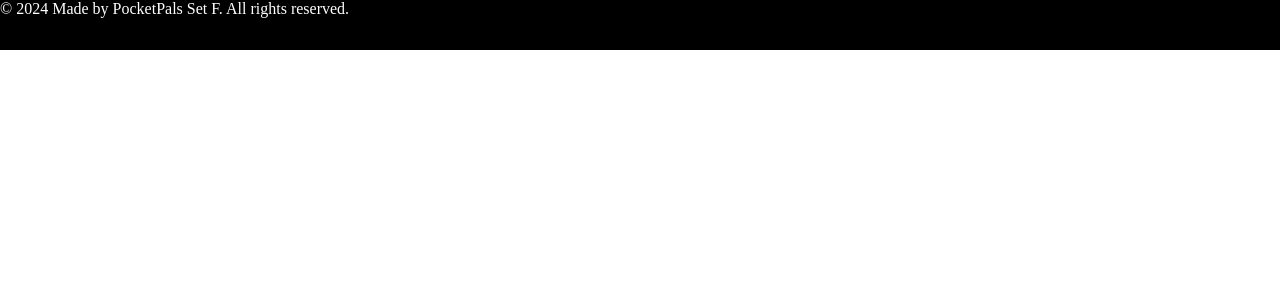
Repository: klee616/style-guideline
Page: index.html
These files come from the project's save history. The page is drawn as it stood at one moment and after the next save; the edit follows.
The browser window is 1280 px wide. The pictures show the whole page.

Above is the page before, as saved 2024-04-05 19:37:17.

After the next save:
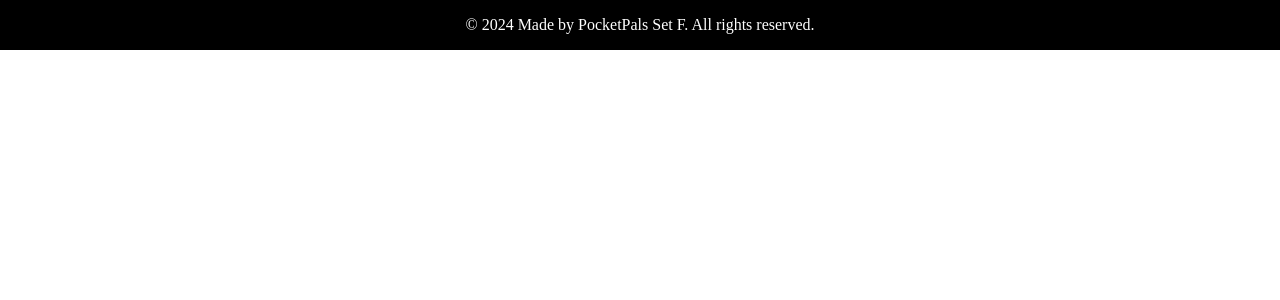
Saved 57 s later.
--- a/css/styles.css
+++ b/css/styles.css
@@ -14,5 +14,11 @@
     width: 100vw;
     height: 50px;
 
+    display: flex;
+    flex-direction: row;
+    flex-wrap: nowrap;
+    align-content: center;
+    justify-content: center;
+    align-items: center;
 
 }
